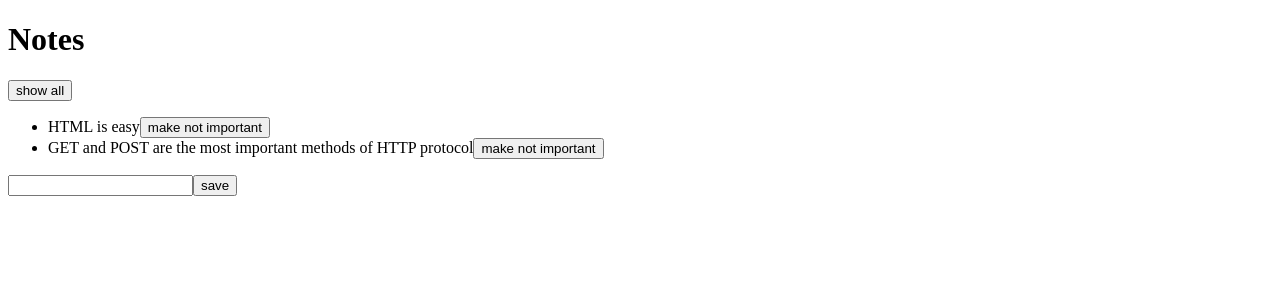
Repository: mariocapitbrok/helsinki-fullstack
Page: / (app in part2/)
The author's editor kept a copy of each file at every save. The page is drawn from the files as they stood at one save, then again after the next save.
The browser window is 1280 px wide. The pictures show the whole page.
The project was rebuilt for these pictures with package versions that can differ from the ones it lists, and the page was loaded fresh each time. Requests to the local data server were answered from the project's data file.

Above is the page before, as saved 2022-02-10 05:42:35.

After the next save:
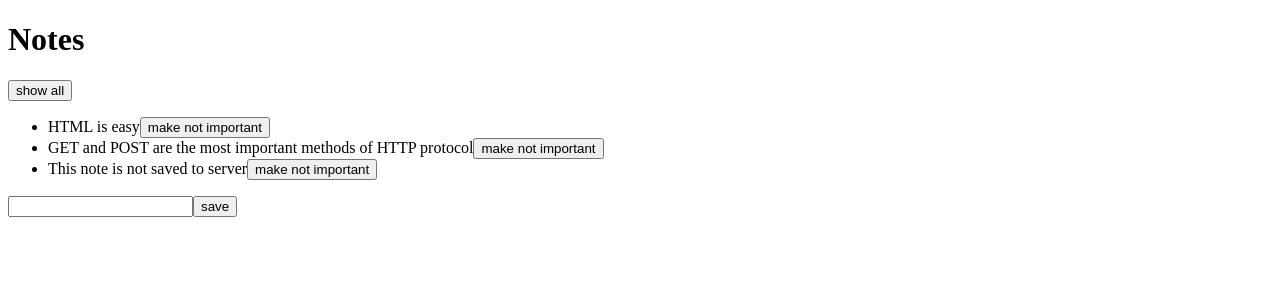
Saved 5 min 17 s later.
--- a/part2/src/services/notes.js
+++ b/part2/src/services/notes.js
@@ -3,7 +3,13 @@ const baseUrl = 'http://localhost:3001/notes'
 
 const getAll = () => {
   const request = axios.get(baseUrl)
-  return request.then((response) => response.data)
+  const nonExisting = {
+    id: 10000,
+    content: 'This note is not saved to server',
+    date: '2009-05-30T17:30:31.098Z',
+    important: true,
+  }
+  return request.then((response) => response.data.concat(nonExisting))
 }
 
 const create = (newObject) => {
